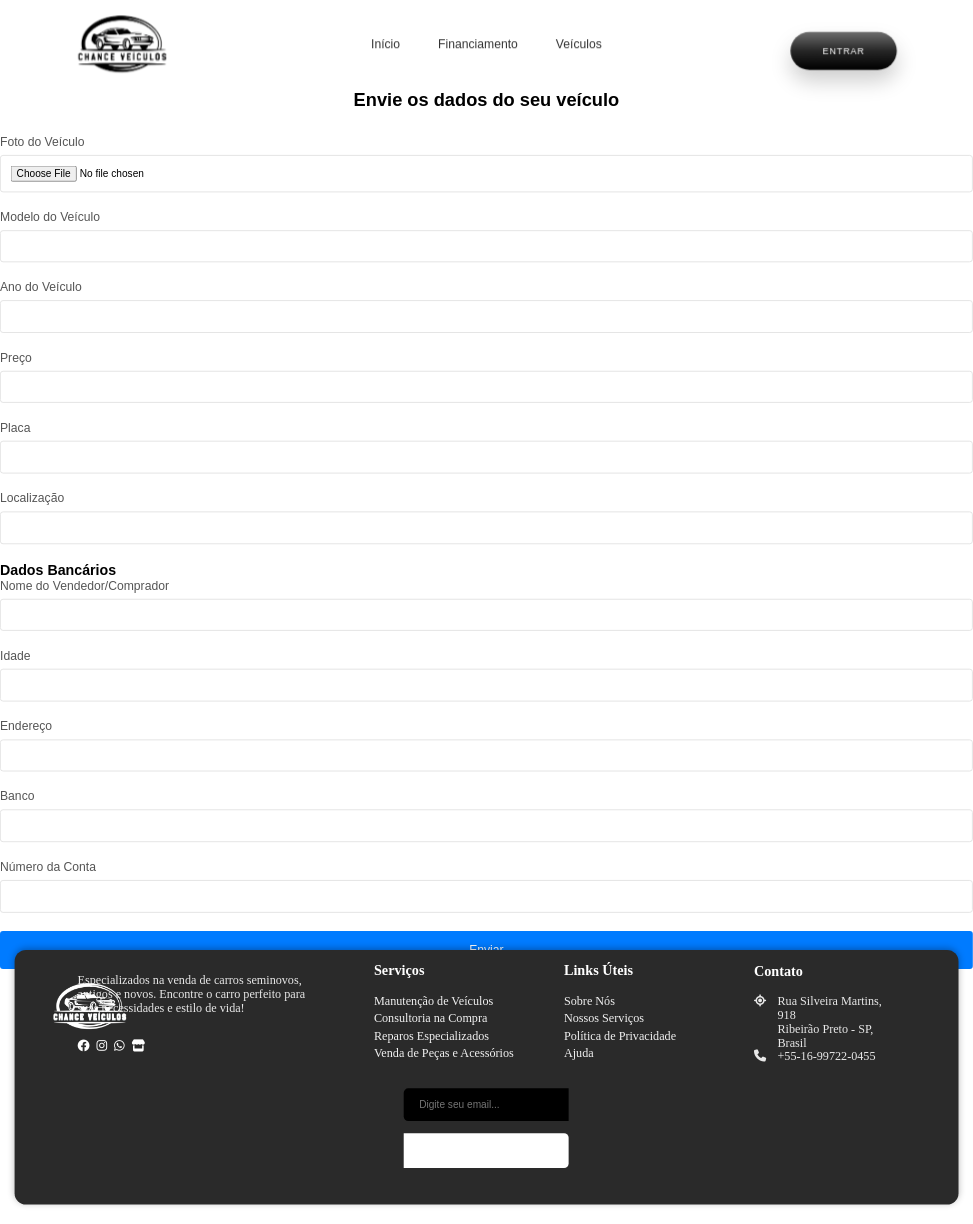
Repository: Matheus904-12/Reforma
Page: finan.html
An editor plug-in stored every save of this project. The page is shown before and after the next save, followed by the edit.
The browser window is 1280 px wide. The pictures show the whole page, at 76% of full size.
Some web libraries are served in a nearby version.

Above is the page before, as saved 2024-08-05 21:24:38.
Console error (its wording comes from the project's code and is left out).

After the next save:
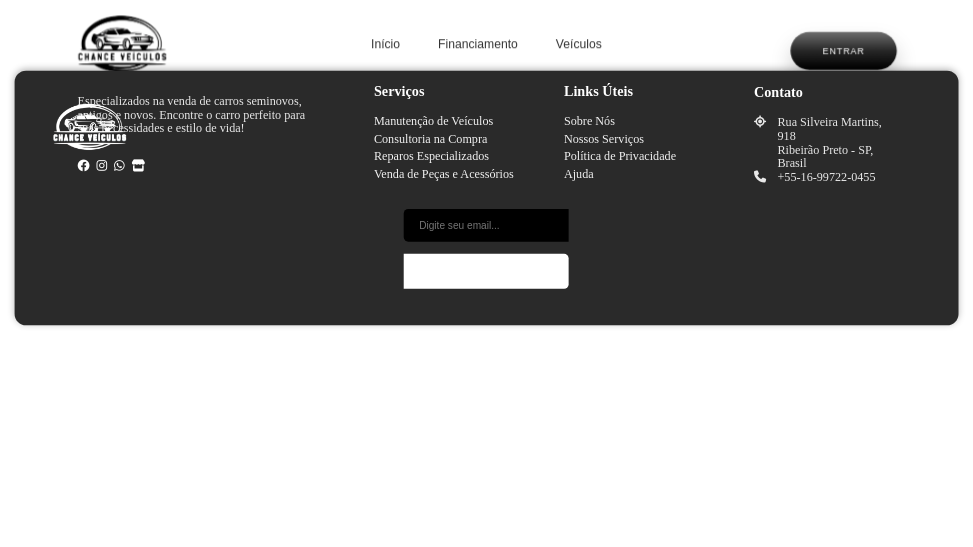
Saved 12 s later.
--- a/finan.html
+++ b/finan.html
@@ -32,68 +32,7 @@
         </div>
     </header>
 
-    <section class="financiamento">
-        <h2>Envie os dados do seu veículo</h2>
-        <form id="financiamento-form" enctype="multipart/form-data">
-            <div class="form-group">
-                <label for="vehicle-photo">Foto do Veículo</label>
-                <input type="file" id="vehicle-photo" name="vehicle-photo" required>
-            </div>
 
-            <div class="form-group">
-                <label for="vehicle-model">Modelo do Veículo</label>
-                <input type="text" id="vehicle-model" name="vehicle-model" required>
-            </div>
-
-            <div class="form-group">
-                <label for="vehicle-year">Ano do Veículo</label>
-                <input type="number" id="vehicle-year" name="vehicle-year" required>
-            </div>
-
-            <div class="form-group">
-                <label for="vehicle-price">Preço</label>
-                <input type="number" id="vehicle-price" name="vehicle-price" required>
-            </div>
-
-            <div class="form-group">
-                <label for="vehicle-plate">Placa</label>
-                <input type="text" id="vehicle-plate" name="vehicle-plate" required>
-            </div>
-
-            <div class="form-group">
-                <label for="vehicle-location">Localização</label>
-                <input type="text" id="vehicle-location" name="vehicle-location" required>
-            </div>
-
-            <h3>Dados Bancários</h3>
-            <div class="form-group">
-                <label for="seller-name">Nome do Vendedor/Comprador</label>
-                <input type="text" id="seller-name" name="seller-name" required>
-            </div>
-
-            <div class="form-group">
-                <label for="seller-age">Idade</label>
-                <input type="number" id="seller-age" name="seller-age" required>
-            </div>
-
-            <div class="form-group">
-                <label for="seller-address">Endereço</label>
-                <input type="text" id="seller-address" name="seller-address" required>
-            </div>
-
-            <div class="form-group">
-                <label for="bank-name">Banco</label>
-                <input type="text" id="bank-name" name="bank-name" required>
-            </div>
-
-            <div class="form-group">
-                <label for="bank-account">Número da Conta</label>
-                <input type="text" id="bank-account" name="bank-account" required>
-            </div>
-
-            <button type="submit">Enviar</button>
-        </form>
-    </section>
 
 
 
